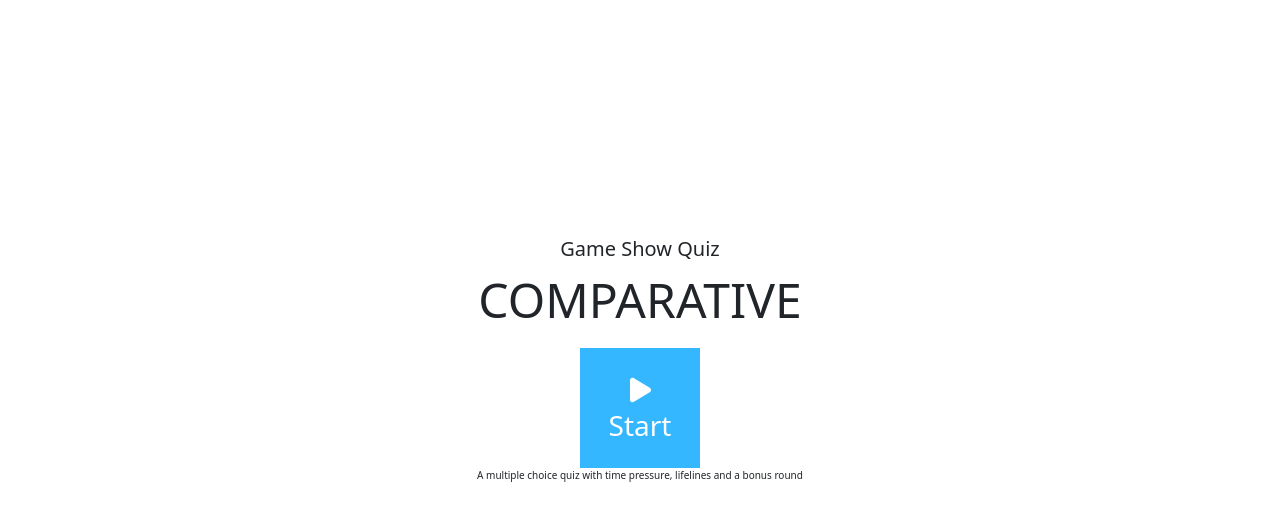
Repository: litaiqiang1407/comparative-gq
Page: /
The author's editor kept a copy of each file at every save. The page is drawn from the files as they stood at one save, then again after the next save.
The browser window is 1280 px wide. The pictures show the whole page.
The project was rebuilt for these pictures with package versions that can differ from the ones it lists, and the page was loaded fresh each time. Also part of the build but not shown: vue.config.js.

Above is the page before, as saved 2024-06-20 19:53:06.

After the next save:
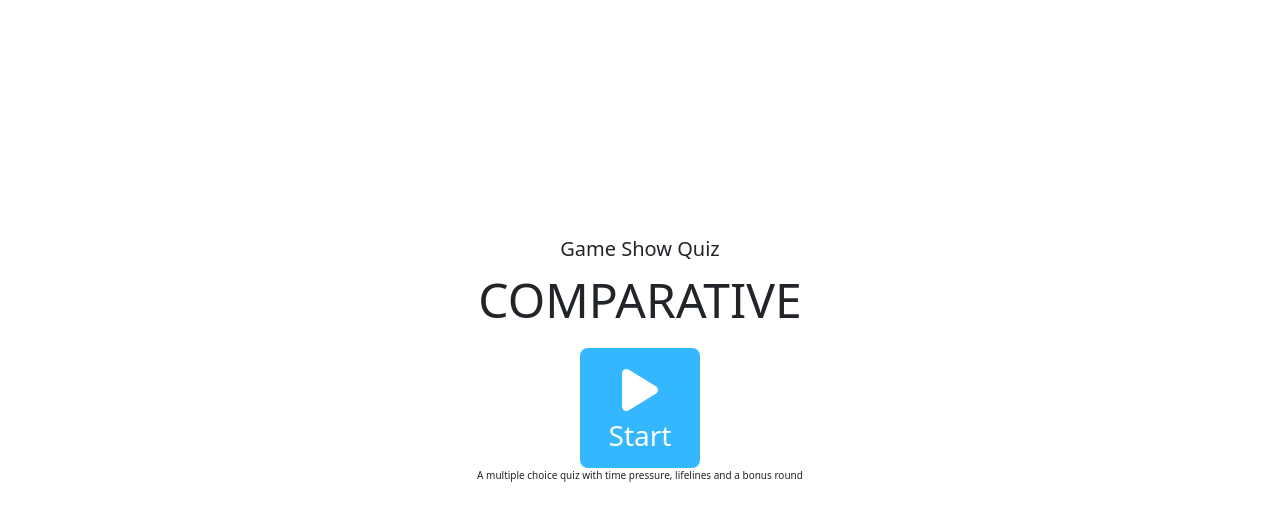
Saved 36 s later.
--- a/src/components/StartGame/StartGame.scss
+++ b/src/components/StartGame/StartGame.scss
@@ -34,9 +34,10 @@
     border: none;
     background-color: var(--primary-color);
     cursor: pointer;
+    border-radius: 8px;
 
     .button-icon {
-      font-size: 2.8rem;
+      font-size: 4.8rem;
       margin-bottom: 0.5rem;
       color: var(--white);
     }
